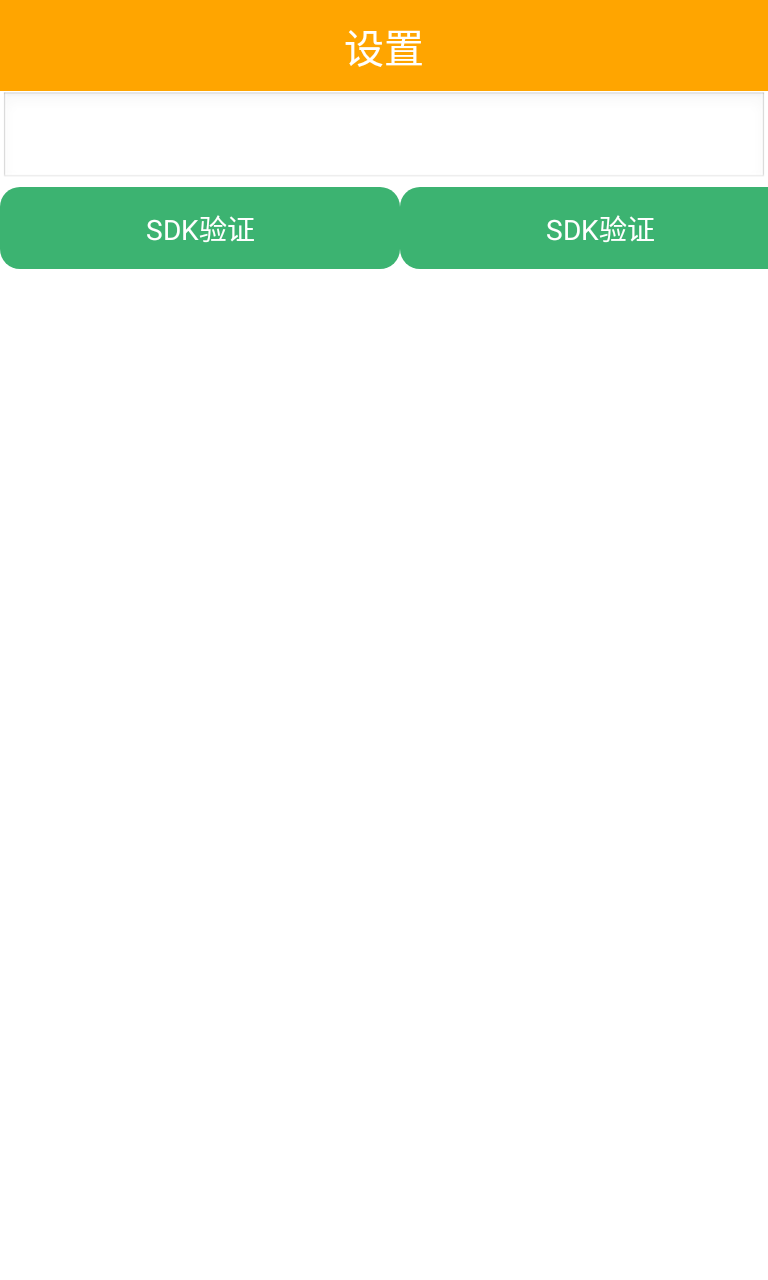
Repository: blanks1314/sysnc_android
Layout: UpayDemo/res/layout/activity_modifyinfo.xml
The author's editor kept a copy of each file at every save. The layout is drawn from the files as they stood at one save, then again after the next save.
It is drawn on a 768 x 1280 px phone screen (xhdpi) without system bars, with theme AppTheme; the app's code is not run.

Above is the layout before, as saved 2015-04-30 02:19:04.

### UpayDemo/res/layout/activity_modifyinfo.xml
<?xml version="1.0" encoding="utf-8"?>
<LinearLayout xmlns:android="http://schemas.android.com/apk/res/android"
    android:layout_width="match_parent"
    android:layout_height="match_parent"
    android:orientation="vertical" >

    <include
        android:layout_width="match_parent"
        android:layout_height="wrap_content"
        layout="@layout/top_bar" />

    <EditText
        android:id="@+id/et_content"
        android:layout_width="match_parent"
        android:layout_height="wrap_content"
        android:layout_margin="dp"
        android:ellipsize="end"
        android:inputType="text"
        android:padding="dp"
        android:singleLine="true" />

    <LinearLayout
        android:layout_width="match_parent"
        android:layout_height="match_parent"
        android:orientation="horizontal" >
        <Button
        android:id="@+id/btn_check"
        style="@style/btn_style_1"
        android:text="SDK验证"
        android:layout_gravity="center_horizontal"/>
        <Button
        android:id="@+id/btn_check"
        style="@style/btn_style_1"
        android:text="SDK验证"
        android:layout_gravity="center_horizontal"/>
    </LinearLayout>

</LinearLayout>

### UpayDemo/res/values/styles.xml
<resources xmlns:android="http://schemas.android.com/apk/res/android">

    <!--
        Base application theme, dependent on API level. This theme is replaced
        by AppBaseTheme from res/values-vXX/styles.xml on newer devices.




    -->
    <style name="AppBaseTheme" parent="Theme.AppCompat.Light">
        <!--
            Theme customizations available in newer API levels can go in
            res/values-vXX/styles.xml, while customizations related to
            backward-compatibility can go here.




        -->
    </style>

    <!-- Application theme. -->
   <!--  <style name="AppTheme" parent="AppBaseTheme">
        All customizations that are NOT specific to a particular API-level can go here.
    </style> -->

    <style name="AppTheme" parent="Theme.AppCompat.Light">
        <item name="tabView">@style/TabView</item>
        <item name="tabPageIndicator">@style/TabIndicator</item>
    </style>

    <style name="TabIndicator" />

    <style name="TabView">
        <item name="android:addStatesFromChildren">true</item>
        <item name="android:orientation">vertical</item>
        <item name="android:gravity">bottom|center_horizontal</item>
        <item name="android:layout_width">0dp</item>
        <item name="android:background">@android:color/white</item>
        <item name="android:layout_height">match_parent</item>
    </style>

    <style name="text_style_1">
        <item name="android:textSize">16sp</item>
        <item name="android:layout_width">0dp</item>
        <item name="android:layout_weight">1</item>
        <item name="android:layout_height">fill_parent</item>
        <item name="android:gravity">center_vertical</item>
        <item name="android:ellipsize">marquee</item>
        <item name="android:singleLine">true</item>
    </style>
    <style name="edit_style_1">
        <item name="android:textSize">16sp</item>
        <item name="android:layout_width">0dp</item>
        <item name="android:layout_weight">1</item>
        <item name="android:layout_height">fill_parent</item>
        <item name="android:gravity">center_vertical</item>
    </style>

    <style name="spn_style_1">
        <item name="android:textSize">10sp</item>
        <item name="android:layout_width">wrap_content</item>
        <item name="android:layout_height">fill_parent</item>
    </style>

    <style name="linear_style_1">
        <item name="android:layout_width">match_parent</item>
        <item name="android:gravity">center_vertical</item>
        <item name="android:layout_height">40dp</item>
        <item name="android:orientation">horizontal</item>
        <item name="android:layout_marginLeft">5dp</item>
        <item name="android:layout_marginRight">5dp</item>
        <item name="android:layout_marginTop">10dp</item>
    </style>

    <style name="img_btn_1">
        <item name="android:layout_width">wrap_content</item>
        <item name="android:layout_height">wrap_content</item>
        <item name="android:padding">10dp</item>

    </style>


    <style name="btn_style_1">
        <item name="android:layout_width">200dp</item>
        <item name="android:layout_height">wrap_content</item>
        <item name="android:background">@drawable/btn_selecter</item>
        <item name="android:textColor">@color/white</item>
        <item name="android:layout_marginTop">10dp</item>
    </style>

    <style name="btn_style_2">
        <item name="android:layout_width">wrap_content</item>
        <item name="android:layout_height">wrap_content</item>
        <item name="android:background">@drawable/btn_selecter</item>
        <item name="android:textColor">@color/white</item>
        <item name="android:layout_marginTop">10dp</item>
    </style>

</resources>

### UpayDemo/res/values/attrs.xml
<?xml version="1.0" encoding="utf-8"?>
<resources>
    <declare-styleable name="TabView">
        <attr name="tabPageIndicator" format="reference" />
        <attr name="tabView" format="reference" />
    </declare-styleable>

    <string-array name="currTypes">
        <item >RMB(156)</item>
    </string-array>
</resources>

### UpayDemo/res/layout/top_bar.xml
<?xml version="1.0" encoding="utf-8"?>
<LinearLayout xmlns:android="http://schemas.android.com/apk/res/android"
    android:layout_width="match_parent"
    android:layout_height="match_parent"
    android:orientation="vertical"
    android:background="@color/btn_selecter_2" >

    <TextView android:id="@+id/tv_title"
        android:layout_width="match_parent"
        android:layout_height="wrap_content"
        android:gravity="center_horizontal"
        android:text="@string/setting"
        android:textSize="20sp"
        android:padding="8dp"
        android:textColor="@color/white"
        />


</LinearLayout>

### UpayDemo/res/drawable/btn_selecter.xml
<?xml version="1.0" encoding="utf-8"?>
<selector xmlns:android="http://schemas.android.com/apk/res/android">

    <item android:state_pressed="true"><shape android:shape="rectangle">

            <!-- 填充的颜色 -->
            <solid android:color="@color/btn_selecter_2" />
            <!-- 设置按钮的四个角为弧形 -->
            <!-- android:radius 弧形的半径 -->
            <corners android:radius="10dip" />

            <!-- padding：Button里面的文字与Button边界的间隔 -->
            <padding android:bottom="10dp" android:left="10dp" android:right="10dp" android:top="10dp" />
        </shape></item>
         <item android:state_selected="false"><shape android:shape="rectangle">

            <!-- 填充的颜色 -->
            <solid android:color="@color/btn_selecter_1" />
            <!-- 设置按钮的四个角为弧形 -->
            <!-- android:radius 弧形的半径 -->
            <corners android:radius="10dip" />

            <!-- padding：Button里面的文字与Button边界的间隔 -->
            <padding android:bottom="10dp" android:left="10dp" android:right="10dp" android:top="10dp" />
        </shape></item>

</selector>

### UpayDemo/res/values/color.xml
<?xml version="1.0" encoding="utf-8"?>
<resources>

    <color name="white">#FFFFFF</color>
    <color name="tab_text_normal">#696969</color>
    <color name="tab_text_selected">#73bf40</color>
    <color name="btn_selecter_1">#3CB371</color>
    <color name="btn_selecter_2">#FFA500</color>
    <color name="text_result">#F5FFFA</color>
    <color name="gray">#dcdcdc</color>

</resources>

### UpayDemo/res/values/strings.xml
<?xml version="1.0" encoding="utf-8"?>
<resources>

    <string name="app_name">UpayDemo</string>
    <string name="hello_world">Hello world!</string>
    <string name="storeid_">StoreId：</string>
    <string name="_03322111001200200000024">03322111001200200000024</string>
    <string name="appid_">AppId：</string>
    <string name="_1001200200000024">1001200200000024</string>
    <string name="appkey_">AppKey：</string>
    <string name="dc1277093df84ff23b885cc776deca13">dc1277093df84ff23b885cc776deca13</string>
    <string name="_orderid">订单号</string>
    <string name="input_orderid">请输入订单号(非必输)</string>
    <string name="amount">交易金额</string>
    <string name="input_amount">请输入交易金额(单位:分)</string>
    <string name="subject">商品名称</string>
    <string name="input_subject">喔噻体验商品</string>
    <string name="currtype">货币类型</string>
    <string name="operator">操作员</string>
    <string name="input_operator">请输入操作员</string>
    <string name="remark">交易描述</string>
    <string name="input_remark">请输入交易描述</string>
    <string name="setting">设置</string>

</resources>

Loaded but not shown: UpayDemo/res/values-v11/styles.xml (common file); UpayDemo/res/values-v14/styles.xml (common file); UpayDemo/res/values/values.xml (657 lines, source omitted)

After the next save:
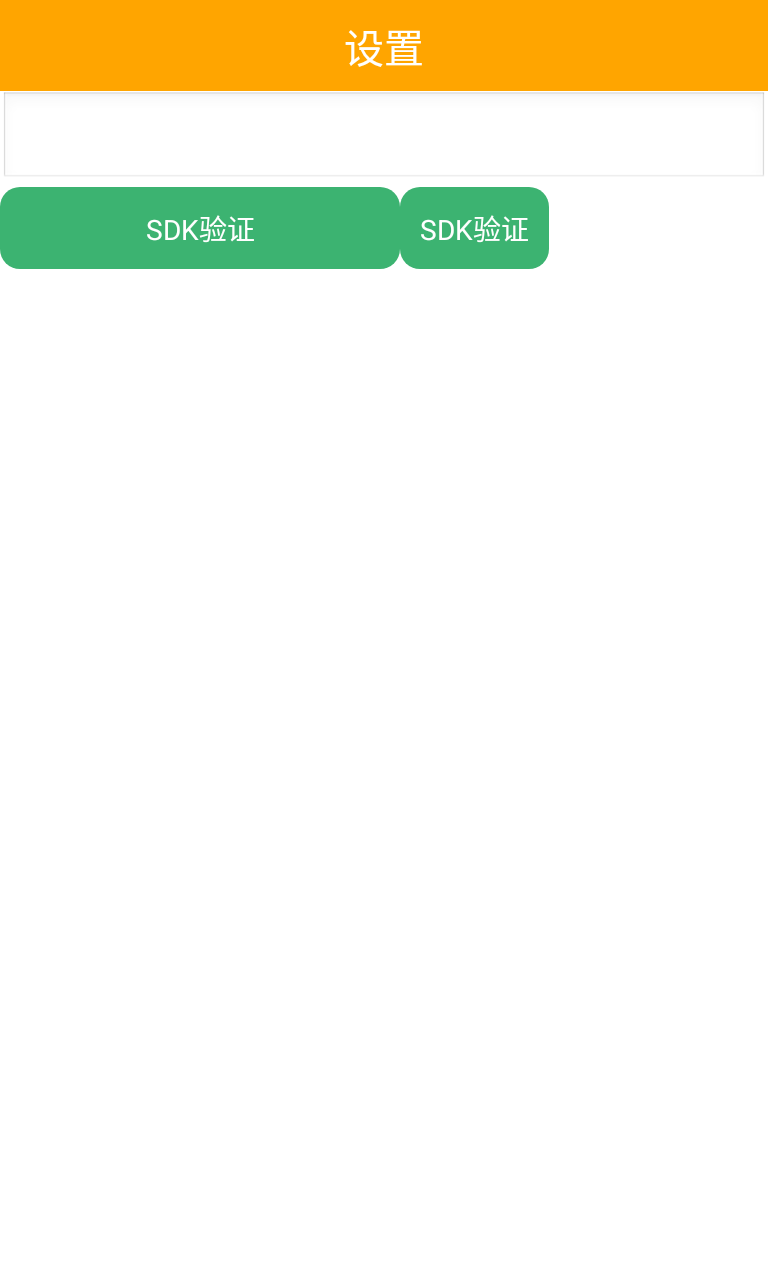
Saved 24 s later.
--- a/UpayDemo/res/layout/activity_modifyinfo.xml
+++ b/UpayDemo/res/layout/activity_modifyinfo.xml
@@ -24,13 +24,13 @@
         android:layout_height="match_parent"
         android:orientation="horizontal" >
         <Button
-        android:id="@+id/btn_check"
+        android:id="@+id/btn_cancel"
         style="@style/btn_style_1"
         android:text="SDK验证"
         android:layout_gravity="center_horizontal"/>
         <Button
-        android:id="@+id/btn_check"
-        style="@style/btn_style_1"
+        android:id="@+id/btn_ok"
+        style="@style/btn_style_2"
         android:text="SDK验证"
         android:layout_gravity="center_horizontal"/>
     </LinearLayout>
